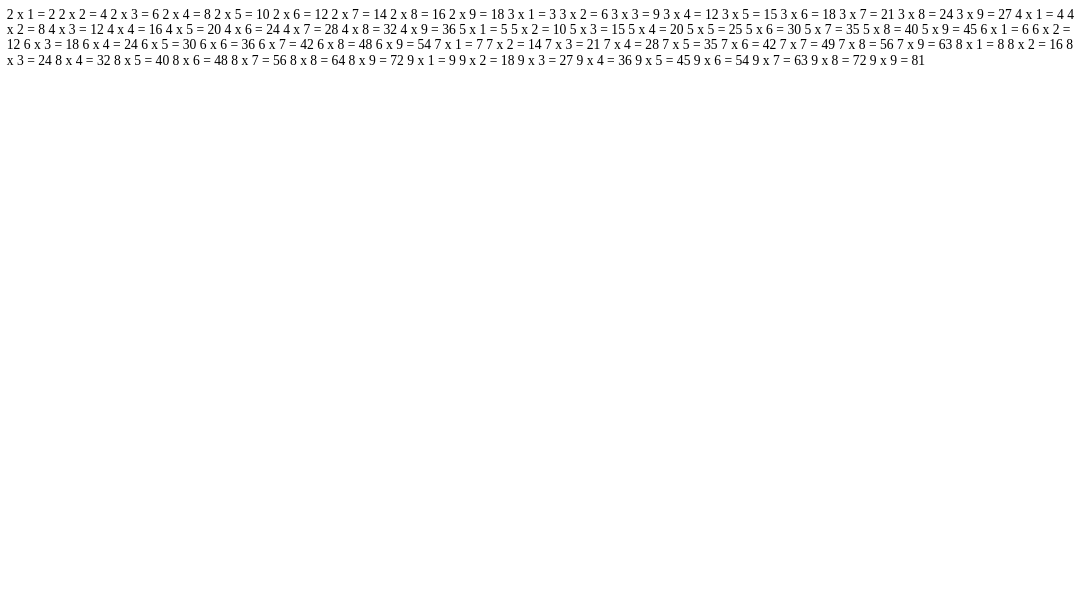
Repository: choikoya/JSP
Page: http://localhost/MissionJSP/gugudan1-2.jsp
The author's editor kept a copy of each file at every save. The page is drawn from the files as they stood at one save, then again after the next save.
The browser window is 1280 px wide. The pictures show the whole page, at 85% of full size.
The page is served by Tomcat 9.

Above is the page before, as saved 2024-06-11 03:03:56.

### MissionJSP/src/main/webapp/gugudan1-2.jsp
<%@ page language="java" contentType="text/html; charset=UTF-8"
    pageEncoding="UTF-8"%>

<!DOCTYPE html>
<html>
<head>
<meta charset="UTF-8">
<title>구구단</title>
</head>
<body>
<%
String dir= "hor";

//dir=hor 하면 2~9단 가로로 출력
//dir=ver 하면 세로로 출력



	if("hor".equals(dir)){

		for(int i=2; i<10; i++){
			for(int j=1; j<10; j++){
				out.println(i+ " x " + j + " = " + i*j);
			}
		}
		out.print("<br/>");

		}



%>




</body>
</html>

After the next save:
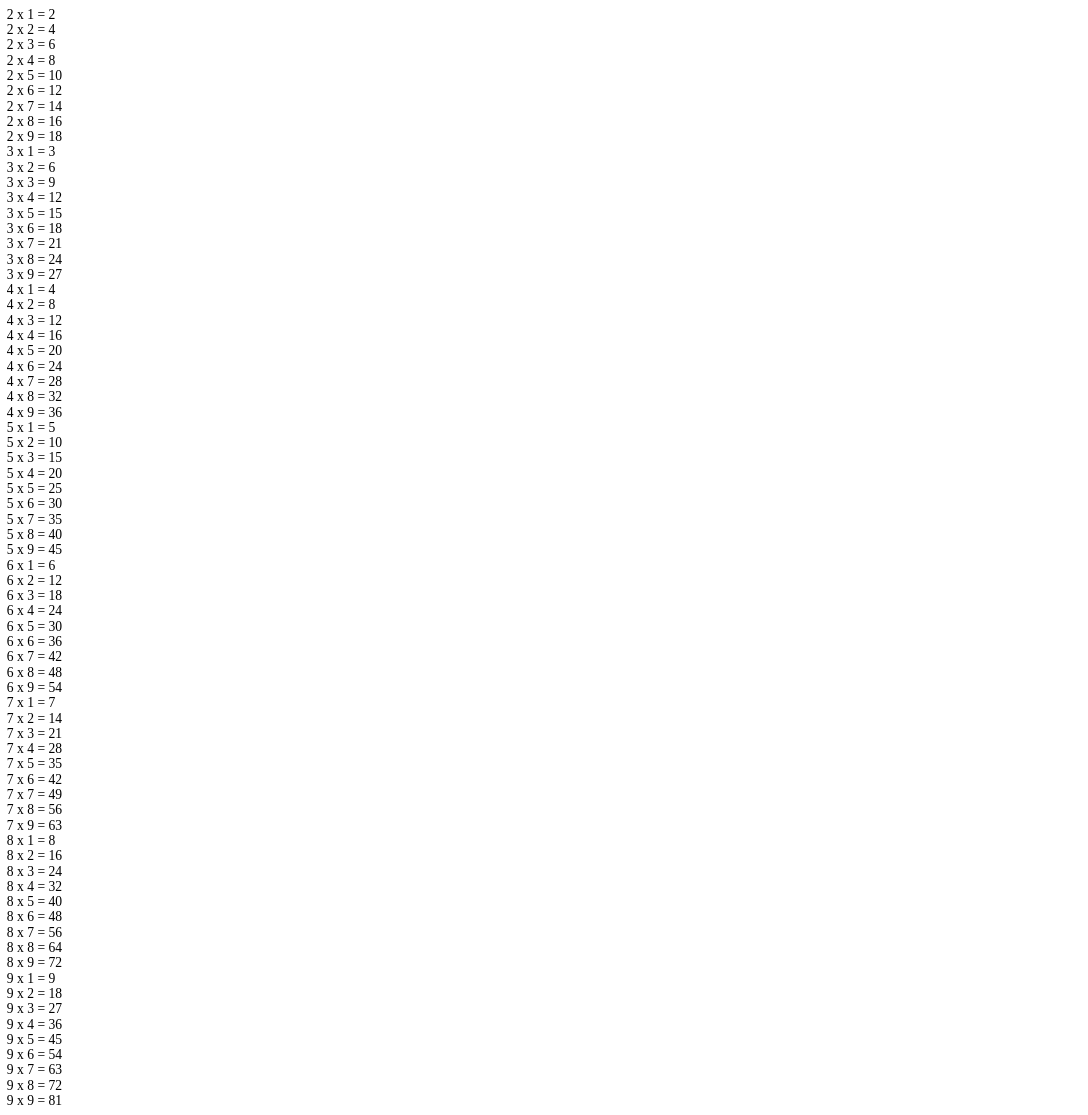
Saved 26 s later.
--- a/MissionJSP/src/main/webapp/gugudan1-2.jsp
+++ b/MissionJSP/src/main/webapp/gugudan1-2.jsp
@@ -20,10 +20,10 @@
 
 		for(int i=2; i<10; i++){
 			for(int j=1; j<10; j++){
-				out.println(i+ " x " + j + " = " + i*j);
+				out.println(i+ " x " + j + " = " + i*j + "<br/>");
 			}
 		}
-		out.print("<br/>");
+
 
 		}
 
